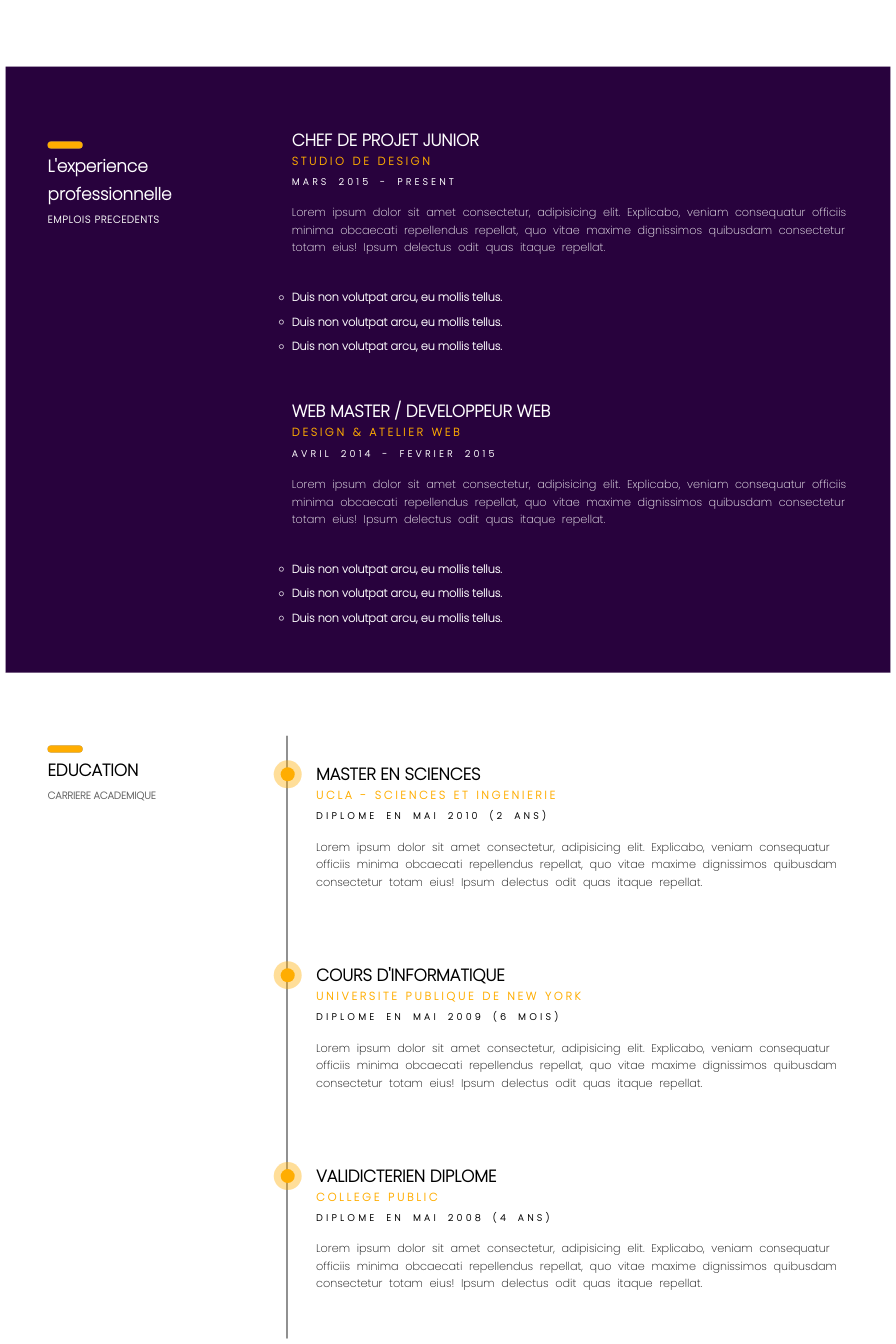
Repository: wadelfadill/CV_PORTFOLIO
Page: index.html
An editor plug-in stored every save of this project. The page is shown before and after the next save, followed by the edit.
The browser window is 1280 px wide. The pictures show the part of the page from y = 3233 to 5153 px (the page is 5153 px tall before and 5063 px after), at 70% of full size.
Some icons come from a web library that is not loaded, so they are not drawn. Backgrounds fixed to the window are drawn as part of the page.

Above is the page before, as saved 2023-03-16 13:22:14.

After the next save:
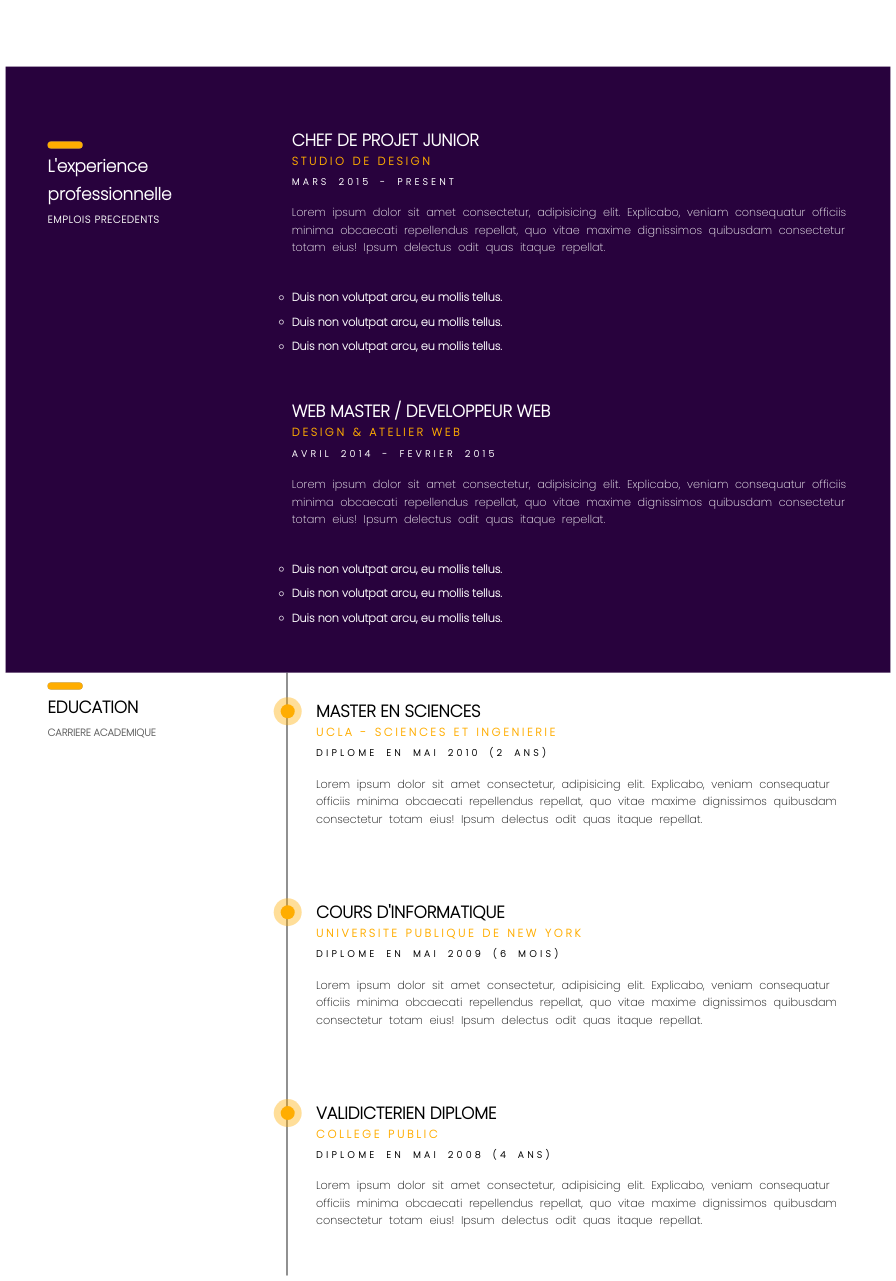
Saved 5 h 26 min later.
--- a/style.css
+++ b/style.css
@@ -523,7 +523,7 @@ svg{
 }
 .education{
     background-color: white;
-    padding-top: 90px;
+    padding-top: 0;
     color: black;
 }
 .head-education{
